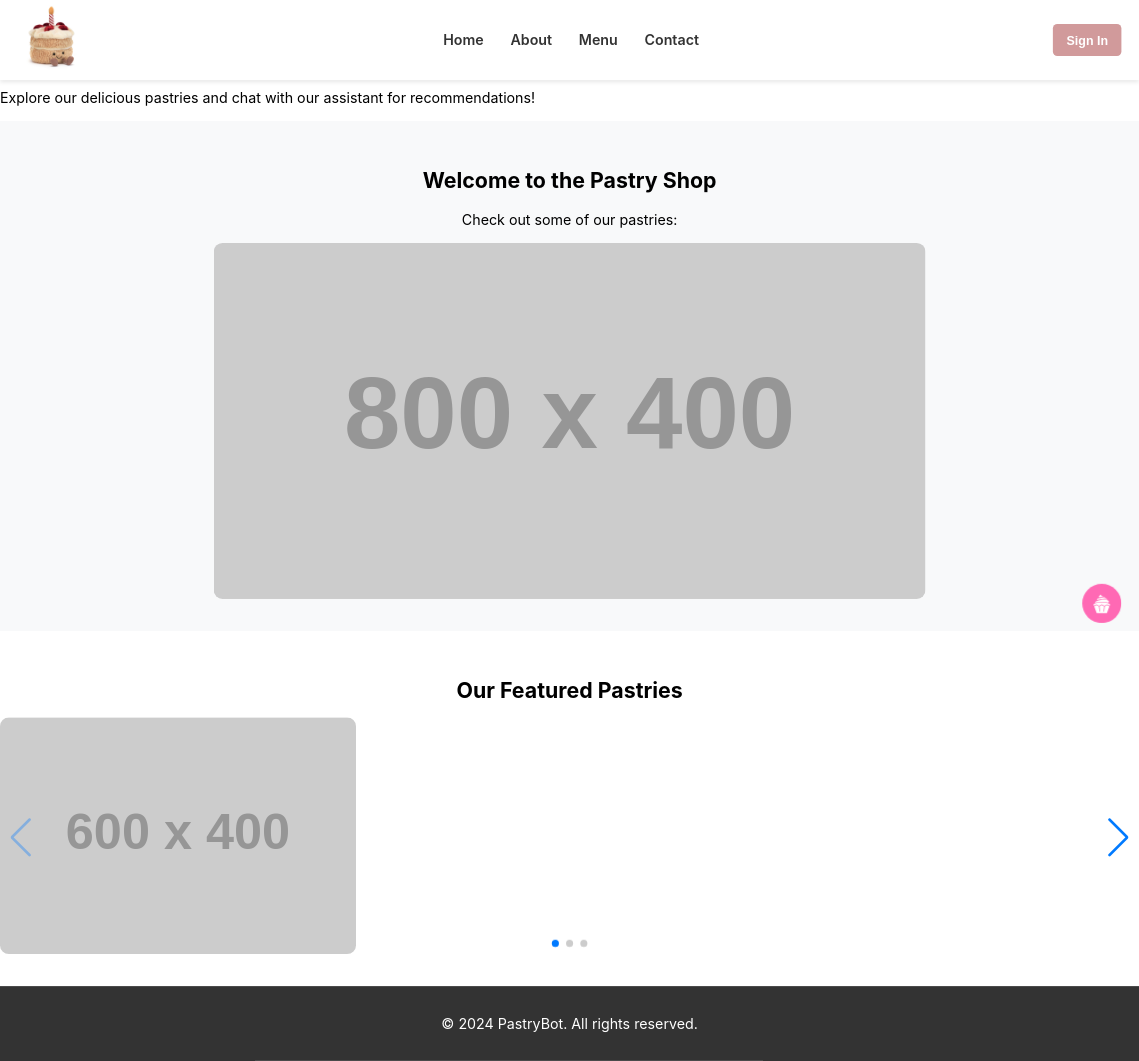
Repository: agrnerd17/Website-Chatbot
Page: / (app in pastry-chatbot/)
These files come from the project's save history. The page is drawn as it stood at one moment and after the next save; the edit follows.
The browser window is 1280 px wide. The pictures show the whole page, at 89% of full size.
The project was rebuilt for these pictures with package versions that can differ from the ones it lists, and the page was loaded fresh each time. Also part of the build but not shown: pastry-chatbot/src/components/Chatbot.js.

Above is the page before, as saved 2024-12-09 14:36:54.

After the next save:
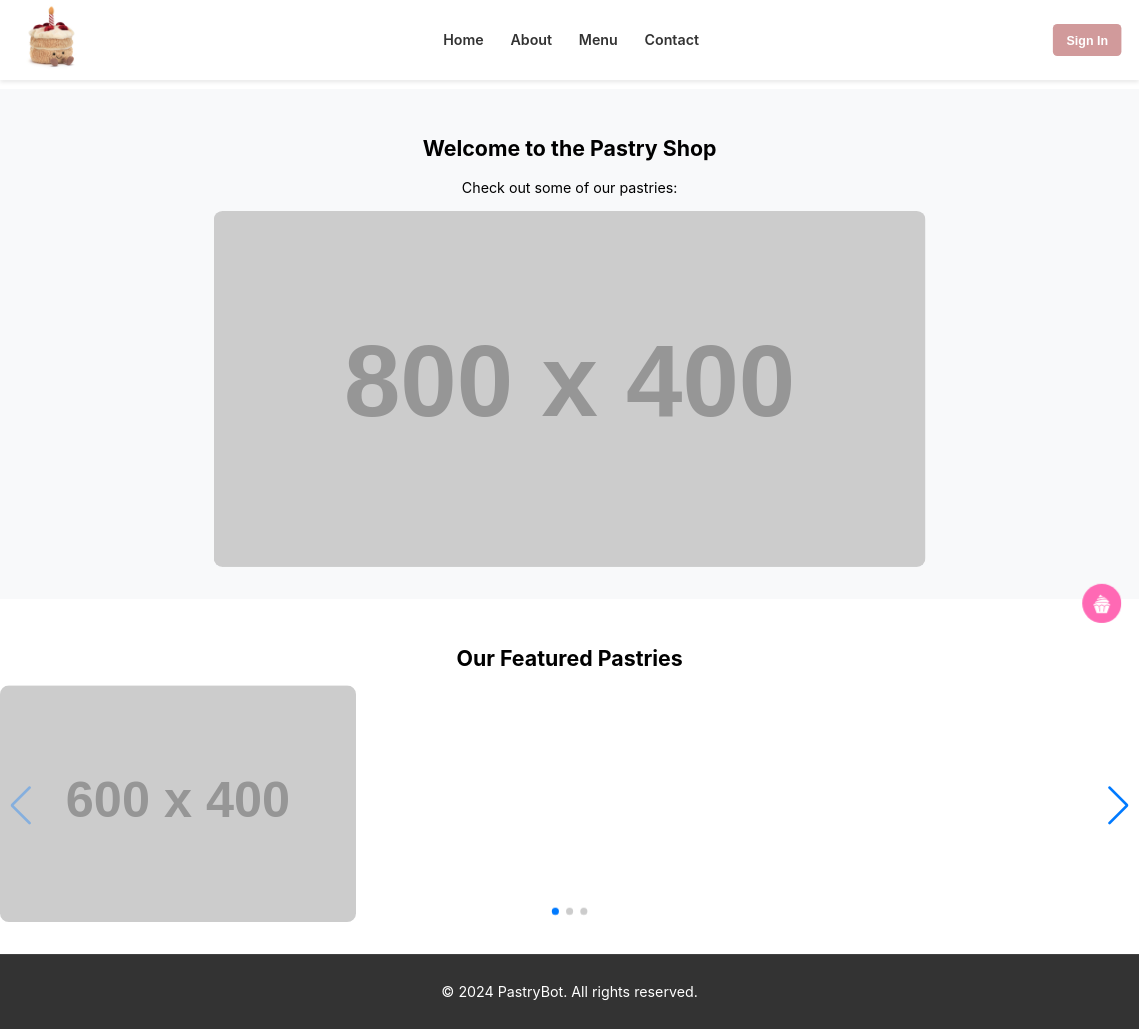
Saved 6 s later.
--- a/pastry-chatbot/src/App.js
+++ b/pastry-chatbot/src/App.js
@@ -20,7 +20,6 @@ function App() {
       </main>
       <main>
         <div className="content text-center">
-          <p>Explore our delicious pastries and chat with our assistant for recommendations!</p>
         </div>
       </main>
 
